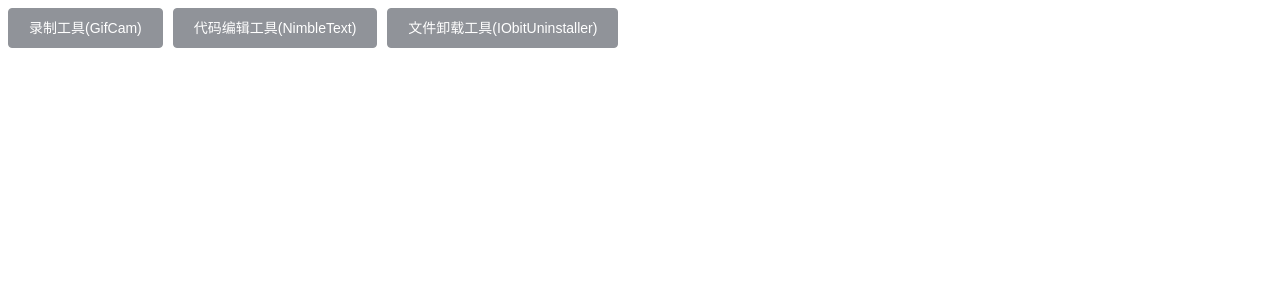
Repository: mostLog/LTools
Page: index.html
These files come from the project's save history. The page is drawn as it stood at one moment and after the next save; the edit follows.
The browser window is 1280 px wide. The pictures show the whole page.

Above is the page before, as saved 2019-09-11 18:05:18.

### index.html
<!DOCTYPE html>
<html>

<head>
	<meta charset="utf-8" />
	<title>工具集合</title>
	<link rel="stylesheet" href="assets/element-ui/css/index.css">
</head>

<body>
	<div id="app">
		<el-button type="info" v-for="item in toolData.items" v-on:click="openUrl(item.url)">{{item.name}}</el-button>
	</div>
	<!-- 先引入 Vue -->
	<script src="assets/vue/vue.min.js"></script>
	<!-- 引入组件库 -->
	<script src="assets/element-ui/js/index.js"></script>
	<script type="text/javascript">
		var app = new Vue({
			el: '#app',
			data: {
				toolData: {
					items: [{
							name: "录制工具(GifCam)",
							url: "http://118.25.19.145:9410/applications/l_gifcam/L.DevTools.GifCam.application"
						},
						{
							name: "代码编辑工具(NimbleText)",
							url: "http://118.25.19.145:9410/applications/l_nimbletext/L.DevTools.NimbleText.application"
						},
						{
							name: "文件卸载工具(IObitUninstaller)",
							url: "http://118.25.19.145:9410/applications/iobituninstaller/L.DevTools.IObitUninstaller.application"
						}
					]
				}
			},
			methods: {
				openUrl: function (url) {
					if (url) {
						window.open(url);
					}
				}
			}
		});

	</script>
</body>

</html>

Loaded but not shown: assets/element-ui/css/index.css (library); assets/vue/vue.min.js (library); assets/element-ui/js/index.js (library)

After the next save:
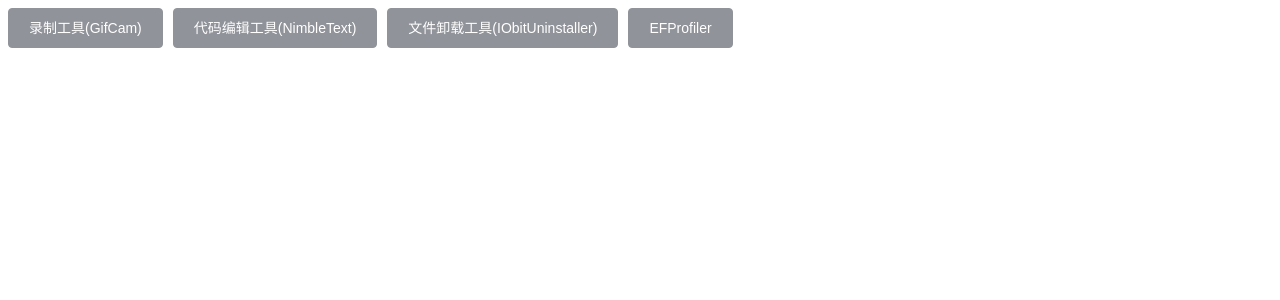
Saved 98 days later.
--- a/index.html
+++ b/index.html
@@ -31,6 +31,10 @@
 						{
 							name: "文件卸载工具(IObitUninstaller)",
 							url: "http://118.25.19.145:9410/applications/iobituninstaller/L.DevTools.IObitUninstaller.application"
+						},
+						{
+							name: "EFProfiler",
+							url: "http://118.25.19.145:9410/applications/l_efProfiler/L.DevTools.EFProfiler.application"
 						}
 					]
 				}
